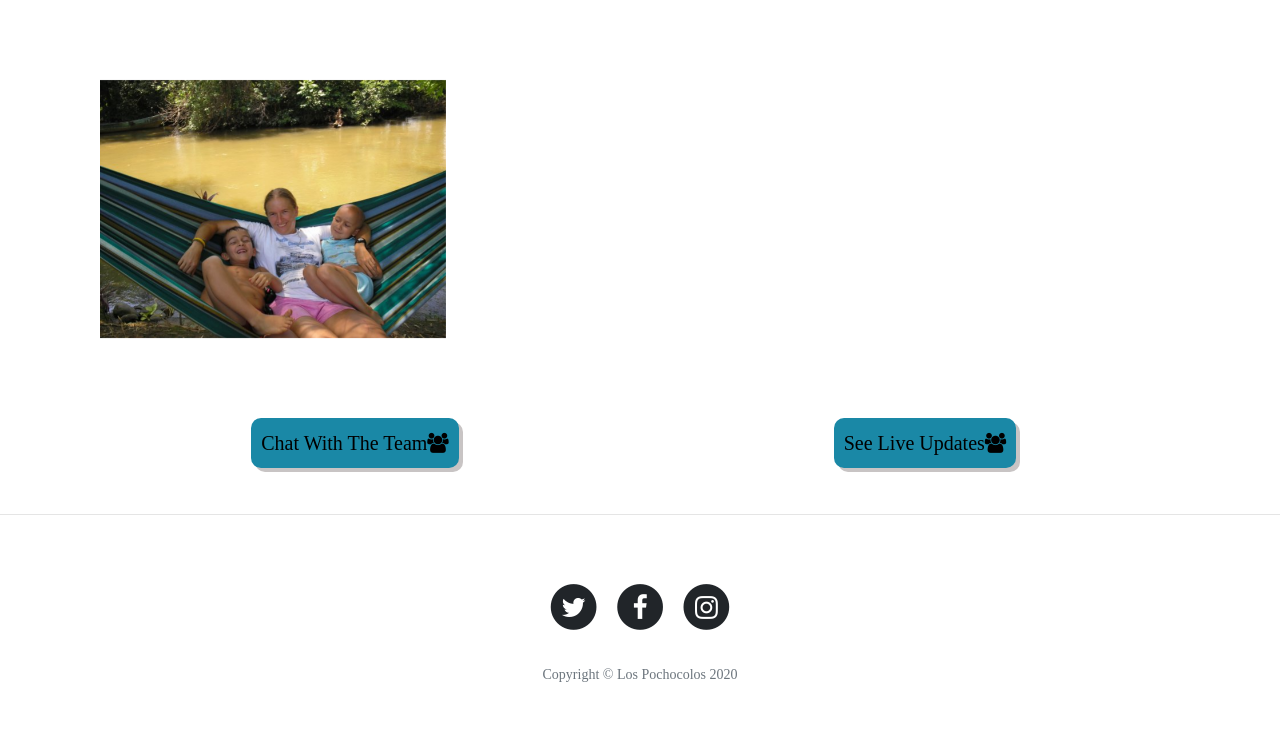
Repository: cachimiro/los-pochoclos
Page: http://localhost/charity
The author's editor kept a record of every edit. The page is drawn from the files as they stood at one moment, then again after the next edit.
The browser window is 1280 px wide. The pictures show the part of the page from y = 1029 to 1869 px (the page is 1779 px tall before and 1869 px after).
Some web libraries are served in a nearby version. The page is served by the project's application, run on Flask 3 (run.py). Other server files are loaded and not shown. Queries for data that is not in the repository find no rows.

Above is the page before.
Console error: ReferenceError: emailjs is not defined

### templates/charity.html
{% extends 'base.html' %}

  {% block content %}

<!---- style for image slide show------><style>.mySlides {
  display: none;
}

img {
  vertical-align: middle;
}

/* Slideshow container */

.slideshow-container {
  max-width: 1000px;
  position: relative;
  margin: auto;
}


/* Fading animation */

.fade {
  -webkit-animation-name: fade;
  -webkit-animation-duration: 3s;
  animation-name: fade;
  animation-duration: 3s;
  width: 80%;


}

@-webkit-keyframes fade {
  from {
    opacity: .4
  }
  to {
    opacity: 1
  }
}

@keyframes fade {
  from {
    opacity: .4
  }
  to {
    opacity: 1
  }
}

/* On smaller screens, decrease text size */

@media only screen and (max-width: 300px) {
  .text {
    font-size: 11px
  }
}

.header-what-we-do {
  margin-top: 100px;

}

/*---------- style for buttons at the end of the section*/

.col-lg-6,
.col-md-6,
.col-sm-6 button {
  text-align: center;
  padding: 10px;
}

button {
  margin: 20px;
  border-radius: 10px;
  text-decoration: none;
  background-color: #1a88a6;
  border: none;
  box-shadow: 4px 4px #c8c4c4;
}




</style>
<h2> {{ page_title }} </h2>
<header class="masthead" style="background-image: url('https://scontent-lht6-1.xx.fbcdn.net/v/t1.0-9/198979_183783401664354_8256655_n.jpg?_nc_cat=107&_nc_ohc=fo7OV44w-2MAQn056HLddJiNwwdMlJGb7H2xHXyMq6WGMhgtGDJShV99A&_nc_ht=scontent-lht6-1.xx&oh=b607f42559864e66febb7cb282797aff&oe=5E6CB1C7')">
  <div class="overlay">
    </div>
  <div class="container">
    <div class="row"
    ><div class="col-lg-8 col-md-10 mx-auto">
      <div class="post-heading">
      {% for char in chars %}

<h1 style=" text-align:  center; margin:10px">
{{ char.title }}
</h1>
<h2 class="subheading" style=" text-align:  center">
   {{ char.title2 }}
</h2>
{% endfor %}
</div>
</div>
</div>
</div>
</header>
<section>
   {% for data_cha in chas %}
<div class="container">
  <div class="row">
<div class="col-lg-5 col-md-5 ">
  <h3 class="header-what-we-do">
  {{ data_cha.title }}
</h3>
<p>
{{ data_cha.subject }}

</p>
{% endfor %}

<div class="col-lg-5 col-md-5 " id="slide-show-photos">
  <div class="slideshow-container">
    <div class="mySlides fade">
      <img src="../static/img/tanya.jpg" style="width:100%">
      </div>
      <div class="mySlides fade">
        <img src="../static/img/tanya johann me.jpg" style="width:100%">
        </div>
        <div class="mySlides fade">
          <img src="https://scontent-lht6-1.xx.fbcdn.net/v/t1.0-9/25386_102864843089544_4935509_n.jpg?_nc_cat=103&_nc_ohc=gEBut99aF3IAQkGh2dldj7rDEqOye1kls_eliVdeWwcZ1DdaCadag5gFQ&_nc_ht=scontent-lht6-1.xx&oh=cae8cc26c64154a938cf9d5bbbaead0b&oe=5E72ED2F" style="width:100%">
          </div>
          <div class="mySlides fade">
            <img src="https://scontent-lht6-1.xx.fbcdn.net/v/t1.0-9/180900_177976592245035_1671228_n.jpg?_nc_cat=109&_nc_ohc=qDvnJq8rDvAAQloh-x4Y1ss8SHi2GQDt0S3Kc7WZ157JWn1C8r6mT0zFA&_nc_ht=scontent-lht6-1.xx&oh=0b086a2d586bd58b9278851fe02b9c69&oe=5E89726A" style="width:100%">
            </div>
            <div class="mySlides fade">
              <img src="https://scontent-lht6-1.xx.fbcdn.net/v/t1.0-9/39856_129568613752500_1749319_n.jpg?_nc_cat=107&_nc_ohc=VbtnikZ4UBIAQm_39U4ICHl5PVwWSM9EfFt46WSFkuyafOAVk16vLfBNQ&_nc_ht=scontent-lht6-1.xx&oh=3916972b16bf0ef1aaa6dbd30f918e8c&oe=5E857C1F" style="width:100%">
              </div>
              <div class="mySlides fade">
                <img src="https://scontent-lht6-1.xx.fbcdn.net/v/t1.0-9/23616_102168856492476_1335747_n.jpg?_nc_cat=100&_nc_ohc=_Y0Ii_6dvjcAQld-oXSXNZD6aHam7c5aFn1_Psz9tGSr24VNRF43ApxNg&_nc_ht=scontent-lht6-1.xx&oh=45c7b910adaab8b106013aae4438ef9c&oe=5E7C4A69" style="width:100%">
                </div>
                <div class="mySlides fade">
                  <img src="https://scontent-lht6-1.xx.fbcdn.net/v/t1.0-9/23616_102168843159144_7658005_n.jpg?_nc_cat=105&_nc_ohc=C1_1UhY55poAQmDDsgh1mSU5BhCB98OIYsiea9VLHcAAWtw3R7zCmK9Qw&_nc_ht=scontent-lht6-1.xx&oh=c30c6dd46ef4eb20c48488902b23b23b&oe=5E679151" style="width:100%">
                  </div>
                  <div class="mySlides fade">
                    <img src="https://scontent-lht6-1.xx.fbcdn.net/v/t1.0-9/23616_102168839825811_4312866_n.jpg?_nc_cat=103&_nc_ohc=7XZMiaFhE68AQlGjjlRyDXl-6vRoc4kv43HAD3T51gYsdx9m0FwPdykvA&_nc_ht=scontent-lht6-1.xx&oh=14b57c4db923190f0b434e5ee2c40ac8&oe=5E84D878" style="width:100%">
                    </div>
                    <div class="mySlides fade">
                      <img src="https://scontent-lht6-1.xx.fbcdn.net/v/t1.0-9/23616_102168826492479_7425229_n.jpg?_nc_cat=102&_nc_ohc=P069FW_Xm0MAQmMMkUpeGYPFX3nCmj2GIx885TjCuPyCAKm8NxeiozWWA&_nc_ht=scontent-lht6-1.xx&oh=7587277eeb2a455100c6cf21e5ccabec&oe=5E7725B3" style="width:100%">
                      </div>
                      <div class="mySlides fade">
                        <img src="https://scontent-lht6-1.xx.fbcdn.net/v/t1.0-9/23616_102168796492482_5337829_n.jpg?_nc_cat=111&_nc_ohc=h9tve8Wh-joAQlkQ4HomnAXcCsh_u3Y_tedr8m8sGSzLUf8caP8--Y27g&_nc_ht=scontent-lht6-1.xx&oh=75648782b4571c95bec1810f26d56d2e&oe=5E6C4F18" style="width:100%">
                        </div>
                        </div>
                        </div>

                        </div>
</div>
<div class="container">
<div class="row">
<div class="col-lg-6 col-md-6 col-sm-6">
<button>Chat With The Team<i class="fa fa-users">
</i>
</button>
</div>
<div class="col-lg-6 col-md-6 col-sm-6">
<button>See Live Updates<i class="fa fa-users"></i></button>
</div>
</div>
</div>
</section>

<script>
var slideIndex=0;
showSlides();

function showSlides() {
  var i;
  var slides=document.getElementsByClassName("mySlides");
  var stopSlideShow=document.getElementsByClassName('stop-Slide-Show');
  for (i=0;
  i < slides.length;
  i++) {
    slides[i].style.display="none";
  }
  slideIndex++;
  if (slideIndex > slides.length) {
    slideIndex=1
  }

  slides[slideIndex-1].style.display="block";
  setTimeout(showSlides, 3000); // Change image every 2 seconds
}




</script>
{% endblock %}

### templates/base.html
<!DOCTYPE html>
<html lang="en">
<head>
    <meta charset="UTF-8">
    <meta name="viewport" content="width=device-width, initial-scale=1.0">
    <meta http-equiv="X-UA-Compatible" content="ie=edge">
    <link href="https://stackpath.bootstrapcdn.com/font-awesome/4.7.0/css/font-awesome.min.css" rel="stylesheet" integrity="sha384-wvfXpqpZZVQGK6TAh5PVlGOfQNHSoD2xbE+QkPxCAFlNEevoEH3Sl0sibVcOQVnN" crossorigin="anonymous">
    <link href="{{ url_for('static', filename='vendor/bootstrap/css/bootstrap.min.css') }}" rel="stylesheet">
    <link rel="stylesheet" href="{{ url_for('static', filename='css/clean-blog.min.css') }}" type="text/css" />
    <link rel="stylesheet" href="{{ url_for('static', filename='css/style.css') }}" type="text/css" />
    <title>Los Pochocolos</title>
    <script type="text/javascript" src="https://cdn.jsdelivr.net/npm/emailjs-com@2.3.2/dist/email.min.js"></script>
<script type="text/javascript" src="//ajax.googleapis.com/ajax/libs/jquery/2.1.1/jquery.min.js"></script>

<script type="text/javascript" src="https://cdn.jsdelivr.net/npm/emailjs-com@2.3.2/dist/email.min.js"></script>
<script type="text/javascript">
   (function(){
      emailjs.init("user_UmSeo27b55xmNHfUBgKB0");
   })();
</script>
</head>
<body>

    <!-- Navigation -->
    <nav class="navbar navbar-expand-lg navbar-light fixed-top" id="mainNav">
        <div class="container">
            <a class="navbar-brand" href="{{url_for('index') }}">Finca Los Pochocolos</a>
            <!--login for admin-->
            <a id="staff" href="{{url_for('log') }}" >
            <i class="fa fa-address-card"></i>
            </a>



            <button class="navbar-toggler navbar-toggler-right" type="button" data-toggle="collapse" data-target="#navbarResponsive" aria-controls="navbarResponsive" aria-expanded="false" aria-label="Toggle navigation">
          Menu
          <i class="fa fa-bars"></i>
        </button>
            <div class="collapse navbar-collapse" id="navbarResponsive">
                <ul class="navbar-nav ml-auto">
                    <li class="nav-item">
                        <a class="nav-link" href="{{ url_for('index') }}">Home</a>
                    </li>
                    <li class="nav-item">
                        <a class="nav-link" href="{{ url_for('rooms') }}">Rooms</a>
                    </li>
                    <li class="nav-item">
                        <a class="nav-link" href="{{ url_for('about') }}">About</a>
                    </li>
                    <li class="nav-item">
                        <a class="nav-link" href="{{ url_for('contact') }}">Contact</a>
                    </li>
                       <li class="nav-item">
                        <a class="nav-link" href="{{ url_for('charity') }}">Charity</a>
                    </li>
                </ul>
            </div>
        </div>
    </nav>

    <!-- Page Header -->
   <!--- <header class="masthead" style="background-image: url('https://berakatours.com/wp-content/uploads/2017/09/Avistamiento-Aves-Colombia.jpg')">----->
          <header class="masthead" style="background-image: url('../static/img/casa-pano.jpg')">
        <div class="overlay"></div>
        <div class="container">
            <div class="row">
                <div class="col-lg-8 col-md-10 mx-auto">
                    <div class="site-heading">
                         <h1>Los Pochocolos</h1>
                        <span class="subheading">Turismo En La Guajira Colombia</span>
                    </div>
                </div>
            </div>
        </div>
    </header>

    <!-- Main Content -->
    <div class="container">
        {% block content %} {% endblock %}
    </div>

    <hr>

    <!-- Footer -->
    <footer>
        <div class="container">
            <div class="row">
                <div class="col-lg-8 col-md-10 mx-auto">
                    <ul class="list-inline text-center">
                        <li class="list-inline-item">
                            <a href="#">
                                <span class="fa-stack fa-lg">
                    <i class="fa fa-circle fa-stack-2x"></i>
                    <i class="fa fa-twitter fa-stack-1x fa-inverse"></i>
                  </span>
                            </a>
                        </li>
                        <li class="list-inline-item">
                            <a href="#">
                                <span class="fa-stack fa-lg">
                    <i class="fa fa-circle fa-stack-2x"></i>
                    <i class="fa fa-facebook fa-stack-1x fa-inverse"></i>
                  </span>
                            </a>
                        </li>
                        <li class="list-inline-item">
                            <a href="#">
                                <span class="fa-stack fa-lg">
                    <i class="fa fa-circle fa-stack-2x"></i>
                    <i class="fa fa-instagram fa-stack-1x fa-inverse"></i>
                  </span>
                            </a>



                        </li>
                    </ul>
                    <p class="copyright text-muted">Copyright &copy; Los Pochocolos 2020</p>
                </div>
            </div>
        </div>
    </footer>

    <!-- Bootstrap core JavaScript -->
    <script src="{{ url_for('static', filename='vendor/jquery/jquery.min.js') }}"></script>
    <script src="{{ url_for('static', filename='vendor/bootstrap/js/bootstrap.bundle.min.js') }}"></script>

    <!-- Custom scripts for this template -->
    <script src="{{ url_for('static', filename='js/clean-blog.min.js') }}"></script>

    <!--my js code-->
     <script type="text/javascript" src="https://cdnjs.cloudflare.com/ajax/libs/jquery/3.4.1/jquery.min.js"></script>

     <script src="{{ url_for('static', filename='js/main.js') }}"></script>






</body>
</html>

### run.py
import os
import json
import click
from flask import Flask, render_template, request,redirect, flash, url_for
from flask_pymongo import PyMongo
from bson.objectid import ObjectId




app = Flask(__name__)
app.config["MONGO_DBNAME"] = 'reviews'
app.config["MONGO_URI"] = "mongodb+srv://root:Johann@myfirstcluster-ugp0n.mongodb.net/reviews?retryWrites=true&w=majority"

mongo = PyMongo(app)
app.secret_key = "cachimiro"



@app.route('/')
def index():
    return render_template("index.html")


# code to be ble to see reviews
@app.route('/view_reviews')
def get_reviews():
    return render_template("reviews.html", opinions=mongo.db.opinion.find())



        # TODO: write code...
# this line of code will allow costumesr to add reviews
@app.route('/add_review')
def add_review():
    return render_template('add-reviews.html')


@app.route('/add_review', methods=['POST'])
def insert_reviews():
    reviews = mongo.db.opinion
    reviews.insert_one(request.form.to_dict())
    return redirect(url_for('get_reviews'))

# code for conecting templates


@app.route('/about')
def about():
    data = []
    with open("data/company.json", "r") as json_data:
        data = json.load(json_data)
    return render_template("about.html",company=data, abouts=mongo.db.about.find())
# code to be able so the costumer can edit the about section

@app.route('/update_about')
def update_about_data():
    return render_template("admin-about.html", abouts=mongo.db.about.find())


@app.route('/update_about/<about_id>', methods=["POST"])
def update_about(about_id):
    about = mongo.db.about
    about.update( {'_id': ObjectId(about_id)},
    {
        'title':request.form.get('title'),
        'subject': request.form.get('subject'),

    })
    return redirect(url_for('Admin_update_reviews_and_more'))

@app.route('/about/<member_name>')
def about_member(member_name):
    member = {}

    with open("data/company.json", "r") as json_data:
        data = json.load(json_data)
        for obj in data:
            if obj["url"] == member_name:
                member = obj

    return render_template("member.html", member=member)




@app.route('/contact')
def contact():
 return render_template("contact.html", page_title="Contact",)


@app.route('/rooms')
def rooms():
   return render_template("rooms.html", page_title="Rooms",fans=mongo.db.fan.find(),acs=mongo.db.ac.find(),cabins=mongo.db.cabin.find(),camps=mongo.db.camp.find())


# to be able to update the rooms information
@app.route('/update_room')
def update_room_data():
    return render_template("admin-room.html", fans=mongo.db.fan.find())

@app.route('/update_rooms/<fan_id>', methods=["POST"])
def update_rooms(fan_id):
    fan = mongo.db.fan
    fan.update( {'_id': ObjectId(fan_id)},
    {
        'title':request.form.get('title'),
        'price':request.form.get('price'),
        'subject': request.form.get('subject'),

    })
    return redirect(url_for('Admin_update_reviews_and_more'))

@app.route('/update_room_ac')
def update_room_ac():
    return render_template("admin-ac.html", acs=mongo.db.ac.find())

@app.route('/update_rooms_ac/<ac_id>', methods=["POST"])
def update_rooms_ac(ac_id):
    ac = mongo.db.ac
    ac.update( {'_id': ObjectId(ac_id)},
    {
        'title':request.form.get('title'),
        'price':request.form.get('price'),
        'subject':request.form.get('subject'),

    })
    return redirect(url_for('Admin_update_reviews_and_more'))

@app.route('/update_room_cabin')
def update_room_cabin():
    return render_template("admin-cabin.html", cabins=mongo.db.cabin.find())

@app.route('/update_rooms_cabin/<cabin_id>', methods=["POST"])
def update_rooms_cabin(cabin_id):
    cabin = mongo.db.cabin
    cabin.update( {'_id': ObjectId(cabin_id)},
    {
        'title':request.form.get('title'),
        'price':request.form.get('price'),
        'subject':request.form.get('subject'),

    })
    return redirect(url_for('Admin_update_reviews_and_more'))

@app.route('/update_room_camp')
def update_room_camp():
    return render_template("admin-camp.html", camps=mongo.db.camp.find())

@app.route('/update_rooms_camp/<camp_id>', methods=["POST"])
def update_rooms_camp(camp_id):
    camp = mongo.db.camp
    camp.update( {'_id': ObjectId(camp_id)},
    {
        'title':request.form.get('title'),
        'price':request.form.get('price'),
        'subject':request.form.get('subject'),

    })
    return redirect(url_for('Admin_update_reviews_and_more'))
#  code so that the charity information can be diplayed and the the manager can update the information

@app.route('/charity')
def charity():
   return render_template("charity.html", page_title="charity",datas=mongo.db.data.find(), chas=mongo.db.data_cha.find(), chars=mongo.db.char.find())



@app.route('/update_charity')
def update_charity_info():
    return render_template("admin-charity.html", chars=mongo.db.char.find())


@app.route('/update_charity_info/<char_id>', methods=["POST"])
def update_charity(char_id):
    char = mongo.db.char
    char.update( {'_id': ObjectId(char_id)},
    {
        'title':request.form.get('title'),
        'title2':request.form.get('title2'),

    })
    return redirect(url_for('Admin_update_reviews_and_more'))

@app.route('/update_charity_1')
def update_charity_info_1():
    return render_template("admin-1.html",datas=mongo.db.data.find())


@app.route('/update_charity_info_1/<data_id>', methods=["POST"])
def update_charity_data(data_id):
    data = mongo.db.data
    data.update( {'_id': ObjectId(data_id)},
    {
        'title':request.form.get('title'),
        'subject':request.form.get('subject'),

    })
    return redirect(url_for('Admin_update_reviews_and_more'))

@app.route('/update_charity_2')
def update_charity_info_2():
    return render_template("admin-2.html",chas=mongo.db.data_cha.find())


@app.route('/update_charity_info_2/<cha_id>', methods=["POST"])
def update_charity_data_1(cha_id):
    data_cha = mongo.db.data_cha
    data_cha.update( {'_id': ObjectId(cha_id)},
    {
        'title':request.form.get('title'),
        'subject':request.form.get('subject'),

    })
    return redirect(url_for('Admin_update_reviews_and_more'))



@app.route('/adminhdfsgeydhfustsgdjftstjdctstehdjj')
def Admin_update_reviews_and_more():
   return render_template("admin.html")

# this line of code is for the managers to update their reviews and delete them
@app.route('/admin_reviews')
def Admin_update_reviews():
   return render_template("admin-reviews.html", opinions=mongo.db.opinion.find())


@app.route('/edit_review/<opinion_id>')
def edit_review(opinion_id):
    the_opinion =  mongo.db.opinion.find_one({"_id": ObjectId(opinion_id)})
    return render_template('update.html', opinion=the_opinion)


@app.route('/update_opinion/<opinion_id>', methods=["POST"])
def update_opinion(opinion_id):
    opinion = mongo.db.opinion
    opinion.update( {'_id': ObjectId(opinion_id)},
    {
        'name':request.form.get('name'),
        'surname':request.form.get('surname'),
        'Title': request.form.get('Title'),
        'Opinion': request.form.get('Opinion'),
        'how_would_you_improve_it':request.form.get('how_would_you_improve_it')
    })
    return redirect(url_for('Admin_update_reviews_and_more'))


@app.route('/delete_opinion/<opinion_id>')
def delete_opinion(opinion_id):
    mongo.db.opinion.remove({'_id': ObjectId(opinion_id)})
    return redirect(url_for('Admin_update_reviews_and_more'))



@app.route('/login')
def log():
    return render_template('login.html')

@app.route('/loginhdyrfjksyeygdhjdysttdhfjjdsyydhfjdjsyhdhd', methods=['GET', 'POST'])
def login():
   error = None
   if request.method == 'POST':
       if request.form['username'] !='tiggy-curry' or request.form['password'] !='Antigone1':
           error = "invalid information please try again."
       else:
           session['logged_in'] = True
           flash('You are in! ')
           return render_template('admin.html')
       return render_template('login.html', error=error)


@app.route('/logout')
def logout():
    session.pop('logged_in', None)
    flash('You are logged out! ')
    return redirect(url_for('log'))




if __name__ == '__main__':
    app.run(host=os.environ.get('IP'),
            port=int(os.environ.get('PORT')),
            debug=False)

### static/css/style.css
.col-md-5 img {
    width: 50%;
    height: 50%;
    margin-top: 30px;
    margin-bottom: 50px;

}

### static/js/main.js
function showMore(id) {
   var truncateReviews = document.getElementById(id+"_truncated");
  var fullReviews = document.getElementById(id+"_full");
  var show = document.getElementById(id+"_show");
document.getElementById(id+"_show");
 if (truncateReviews.style.display =="block") {
   fullReviews.style.display = "block";
   truncateReviews.style.display = "none";
   show.innerText = "Show Less";


 } else{
   truncateReviews.style.display ="block";
   fullReviews.style.display ="none";
   show.innerText = "show More";

 }

 }

 function showMores(ids) {
   var truncateReviewss = document.getElementById(ids+"_truncateded");
  var fullReviewss = document.getElementById(ids+"_fulls");
  var shows = document.getElementById(ids+"_shows");
document.getElementById(ids+"_show");
 if (truncateReviewss.style.display =="block") {
   fullReviewss.style.display = "block";
   truncateReviewss.style.display = "none";
   shows.innerText = "show less";


 } else{
   truncateReviewss.style.display ="block";
   fullReviewss.style.display ="none";
   shows.innerText = "show More";

 }

 }

Loaded but not shown: static/css/clean-blog.min.css (library); static/js/clean-blog.min.js (common file)

After the next edit:
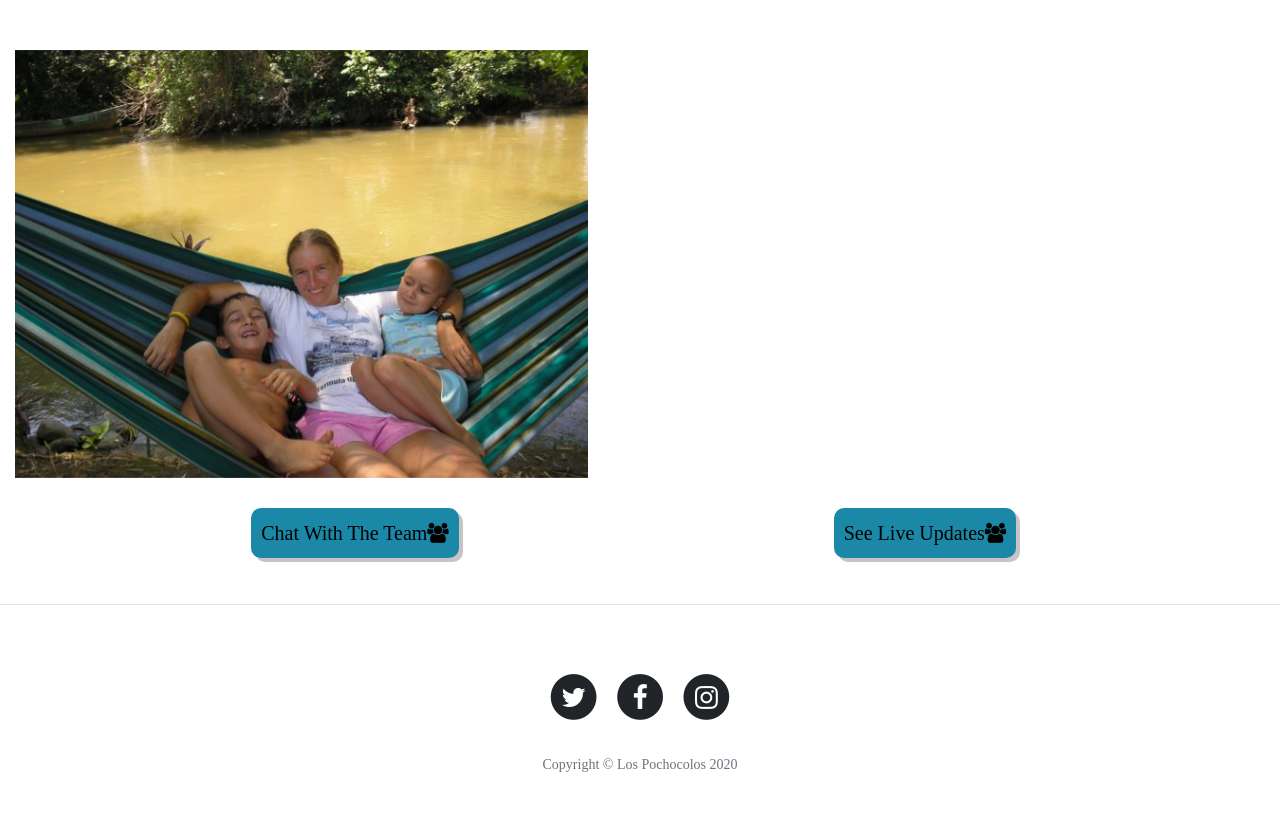
The edit:
--- a/templates/charity.html
+++ b/templates/charity.html
@@ -119,8 +119,8 @@
 
 </p>
 {% endfor %}
-
-<div class="col-lg-5 col-md-5 " id="slide-show-photos">
+</div>
+<div class="col-lg-7 col-md-7  " id="slide-show-photos">
   <div class="slideshow-container">
     <div class="mySlides fade">
       <img src="../static/img/tanya.jpg" style="width:100%">
